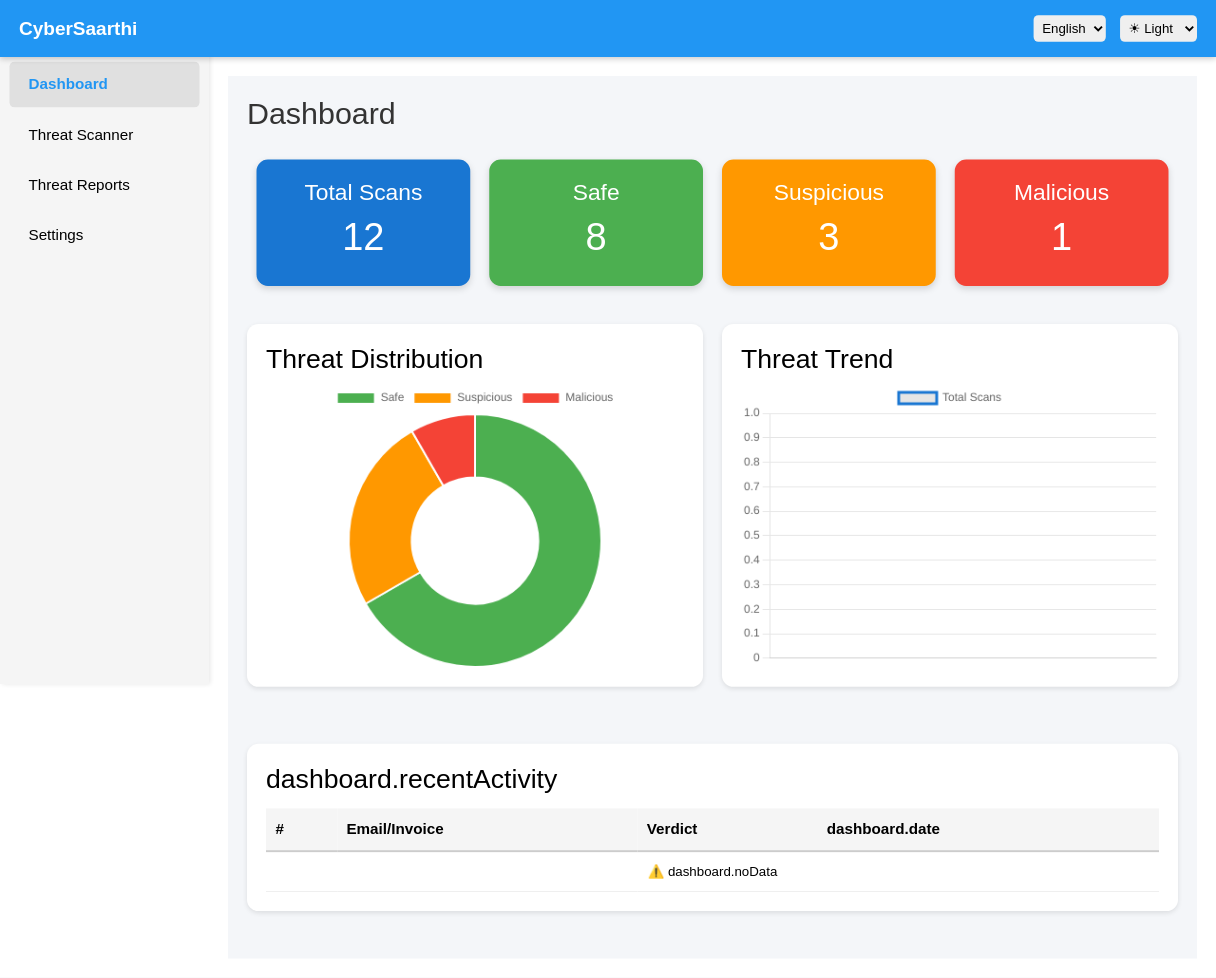
Repository: riyaaaa19/CyberSaarthi
Page: /dashboard (app in frontend/)
An editor plug-in stored every save of this project. The page is shown before and after the next save, followed by the edit.
The browser window is 1280 px wide. The pictures show the whole page, at 95% of full size.
The page's requests for data from a server got no answer. The project was rebuilt for these pictures with package versions that can differ from the ones it lists, and the page was loaded fresh each time. No one was signed in, and anything a server would have sent is missing. Also part of the build but not shown: frontend/vite.config.ts, frontend/src/pages/Scanner.js, frontend/src/pages/Reports.js, frontend/src/pages/Settings.js.

Above is the page before, as saved 2025-08-21 19:16:41.

### frontend/src/index.js
import React from "react";
import ReactDOM from "react-dom/client";
import App from "./App";
import "bootstrap/dist/css/bootstrap.min.css";
import "./styles/style.css";

const root = ReactDOM.createRoot(document.getElementById("root"));
root.render(<App />);

### frontend/src/App.js
import React from "react";
import { BrowserRouter as Router, Routes, Route, Navigate } from "react-router-dom";
import Navbar from "./components/Navbar";
import Sidebar from "./components/Sidebar";
import Dashboard from "./pages/Dashboard";
import Scanner from "./pages/Scanner";
import Reports from "./pages/Reports";
import Settings from "./pages/Settings";
import { ThemeLangProvider } from "./ThemeLangContext";  // ✅ Import provider

function App() {
  const layoutStyle = { display: "flex" };
  const contentStyle = {
    marginLeft: "220px",
    flex: 1,
    padding: "20px",
    marginTop: "60px"   // ✅ push down content so it doesn’t overlap navbar
  };

  return (
    <ThemeLangProvider>
      <Router>
        <Navbar />
        <div style={layoutStyle}>
          <Sidebar />
          <div style={contentStyle}>
            <Routes>
              <Route path="/" element={<Navigate to="/dashboard" />} />
              <Route path="/dashboard" element={<Dashboard />} />
              <Route path="/scanner" element={<Scanner />} />
              <Route path="/reports" element={<Reports />} />
              <Route path="/settings" element={<Settings />} />
            </Routes>
          </div>
        </div>
      </Router>
    </ThemeLangProvider>
  );
}

export default App;

### frontend/src/styles/style.css
body {
  font-family: 'Poppins', sans-serif;
  background: #f8f9fa;
}
.sidebar {
  width: 250px;
  background: #fff;
  min-height: 100vh;
}
.nav-link.active {
  background-color: #0d6efd !important;
  color: #fff !important;
}

### frontend/src/components/Navbar.js
import React, { useContext } from "react";
import { ThemeLangContext } from "../ThemeLangContext";
import { useT } from "../i18n";   // ✅ use useT hook

function Navbar() {
  const { theme, setTheme, lang, setLang } = useContext(ThemeLangContext);
  const t = useT();   // ✅ call hook to get translation function

  const navbarStyle = {
    position: "fixed",
    top: 0,
    left: 0,
    width: "100%",
    height: "60px",
    background: theme === "dark" ? "#121212" : "#2196f3",
    color: "#fff",
    display: "flex",
    alignItems: "center",
    justifyContent: "space-between",
    padding: "0 20px",
    boxShadow: "0 2px 6px rgba(0,0,0,0.2)",
    zIndex: 1000
  };

  const titleStyle = {
    fontSize: "20px",
    fontWeight: "bold"
  };

  const controlsStyle = {
    display: "flex",
    alignItems: "center",
    gap: "15px"
  };

  const selectStyle = {
    padding: "5px",
    borderRadius: "5px",
    border: "none",
    fontSize: "14px",
    cursor: "pointer"
  };

  return (
    <div style={navbarStyle}>
      {/* App Title */}
      <div style={titleStyle}>{t("app.title")}</div>

      {/* Controls */}
      <div style={controlsStyle}>
        {/* Language Selector */}
        <select
          value={lang}
          onChange={(e) => setLang(e.target.value)}
          style={selectStyle}
        >
          <option value="en">English</option>
          <option value="hi">हिन्दी</option>
        </select>

        {/* Theme Selector */}
        <select
          value={theme}
          onChange={(e) => setTheme(e.target.value)}
          style={selectStyle}
        >
          <option value="light">☀ Light</option>
          <option value="dark">🌙 Dark</option>
        </select>
      </div>
    </div>
  );
}

export default Navbar;

### frontend/src/components/Sidebar.js
import React, { useContext } from "react";
import { Link, useLocation } from "react-router-dom";
import { ThemeLangContext } from "../ThemeLangContext";
import { useT } from "../i18n";   // ✅ use hook

function Sidebar() {
  const { theme } = useContext(ThemeLangContext);
  const location = useLocation();
  const t = useT();   // ✅ call hook

  const sidebarStyle = {
    width: "220px",
    height: "100vh",
    position: "fixed",
    left: 0,
    top: 0,
    background: theme === "dark" ? "#1e1e1e" : "#f5f5f5",
    color: theme === "dark" ? "#fff" : "#000",
    paddingTop: "60px",
    boxShadow: "2px 0 5px rgba(0,0,0,0.1)"
  };

  const linkStyle = (path) => ({
    display: "block",
    padding: "12px 20px",
    color:
      location.pathname === path
        ? "#2196f3"
        : theme === "dark"
        ? "#ddd"
        : "#000",
    textDecoration: "none",
    fontWeight: location.pathname === path ? "bold" : "normal",
    background:
      location.pathname === path
        ? theme === "dark"
          ? "#333"
          : "#e0e0e0"
        : "transparent",
    borderRadius: "5px",
    margin: "5px 10px"
  });

  return (
    <div style={sidebarStyle}>
      <Link to="/dashboard" style={linkStyle("/dashboard")}>
        {t("dashboard.title")}
      </Link>
      <Link to="/scanner" style={linkStyle("/scanner")}>
        {t("scanner.title")}
      </Link>
      <Link to="/reports" style={linkStyle("/reports")}>
        {t("reports.title")}
      </Link>
      <Link to="/settings" style={linkStyle("/settings")}>
        {t("settings.title")}
      </Link>
    </div>
  );
}

export default Sidebar;

### frontend/src/pages/Dashboard.js
import React, { useEffect, useState, useContext } from "react";
import { getHistory } from "../services/api";
import {
  Chart as ChartJS,
  ArcElement,
  Tooltip,
  Legend,
  LineElement,
  CategoryScale,
  LinearScale,
  PointElement,
} from "chart.js";
import { Doughnut, Line } from "react-chartjs-2";
import { useT } from "../i18n";
import { ThemeLangContext } from "../ThemeLangContext";

ChartJS.register(
  ArcElement,
  Tooltip,
  Legend,
  LineElement,
  CategoryScale,
  LinearScale,
  PointElement
);

function Dashboard() {
  const t = useT();
  const { theme } = useContext(ThemeLangContext);

  const [history, setHistory] = useState([]);
  const [summary, setSummary] = useState({
    safe: 0,
    suspicious: 0,
    malicious: 0,
    total: 0,
  });

  useEffect(() => {
    getHistory(50, 0)
      .then((page) => {
        const items = page.items || [];
        setHistory(items);

        const counts = { SAFE: 0, SUSPICIOUS: 0, MALICIOUS: 0 };
        items.forEach((it) => {
          counts[it.verdict] = (counts[it.verdict] || 0) + 1;
        });

        setSummary({
          safe: counts.SAFE || 0,
          suspicious: counts.SUSPICIOUS || 0,
          malicious: counts.MALICIOUS || 0,
          total: items.length,
        });
      })
      .catch(() => {
        // fallback dummy data
        setSummary({ safe: 8, suspicious: 3, malicious: 1, total: 12 });
      });
  }, []);

  // Chart data
  const doughnutData = {
    labels: [
      t("dashboard.safe"),
      t("dashboard.suspicious"),   // ✅ updated
      t("dashboard.malicious"),    // ✅ updated
    ],
    datasets: [
      {
        data: [summary.safe, summary.suspicious, summary.malicious],
        backgroundColor: ["#4caf50", "#ff9800", "#f44336"],
      },
    ],
  };

  const lineData = {
    labels: history.slice(0, 7).map((h) =>
      new Date(h.created_at).toLocaleDateString()
    ),
    datasets: [
      {
        data: history.slice(0, 7).map((_, i) => i + 1),
        label: t("dashboard.total"),
        borderColor: "#1976d2",
        tension: 0.3,
        fill: false,
      },
    ],
  };

  // Styles
  const cardBase = {
    flex: 1,
    margin: "10px",
    padding: "20px",
    borderRadius: "12px",
    color: "#fff",
    textAlign: "center",
    boxShadow: "0 3px 8px rgba(0,0,0,0.15)",
  };

  const sectionStyle = {
    background: theme === "dark" ? "#1e1e1e" : "#fff",
    borderRadius: "12px",
    boxShadow: "0 2px 6px rgba(0,0,0,0.1)",
    padding: "20px",
    marginBottom: "30px",
  };

  const tableStyle = {
    width: "100%",
    borderCollapse: "collapse",
    marginTop: "15px",
  };

  const thStyle = {
    padding: "10px",
    borderBottom: "2px solid #ccc",
    textAlign: "left",
    background: theme === "dark" ? "#333" : "#f5f5f5",
  };

  const tdStyle = {
    padding: "10px",
    borderBottom: "1px solid #eee",
    fontSize: "14px",
  };

  // Translate verdicts
  const verdictMap = {
    SAFE: t("email.safe"),
    SUSPICIOUS: t("email.suspicious"),  // ✅ updated
    MALICIOUS: t("email.malicious"),    // ✅ updated
  };

  return (
    <div
      style={{
        padding: "20px",
        background: theme === "dark" ? "#121212" : "#f4f6f9",
        minHeight: "100vh",
      }}
    >
      <h2
        style={{
          marginBottom: "20px",
          color: theme === "dark" ? "#fff" : "#333",
        }}
      >
        {t("dashboard.title")}
      </h2>

      {/* Stat Cards */}
      <div
        style={{
          display: "flex",
          justifyContent: "space-between",
          marginBottom: "30px",
        }}
      >
        <div style={{ ...cardBase, background: "#1976d2" }}>
          <h4>{t("dashboard.total")}</h4>
          <h1>{summary.total}</h1>
        </div>
        <div style={{ ...cardBase, background: "#4caf50" }}>
          <h4>{t("dashboard.safe")}</h4>
          <h1>{summary.safe}</h1>
        </div>
        <div style={{ ...cardBase, background: "#ff9800" }}>
          <h4>{t("dashboard.suspicious")}</h4> {/* ✅ updated */}
          <h1>{summary.suspicious}</h1>
        </div>
        <div style={{ ...cardBase, background: "#f44336" }}>
          <h4>{t("dashboard.malicious")}</h4> {/* ✅ updated */}
          <h1>{summary.malicious}</h1>
        </div>
      </div>

      {/* Charts Section */}
      <div
        style={{
          display: "flex",
          gap: "20px",
          marginBottom: "30px",
        }}
      >
        <div style={{ ...sectionStyle, flex: 1 }}>
          <h3>{t("dashboard.distribution")}</h3>
          <div style={{ height: "300px" }}>
            <Doughnut data={doughnutData} options={{ maintainAspectRatio: false }} />
          </div>
        </div>
        <div style={{ ...sectionStyle, flex: 1 }}>
          <h3>{t("dashboard.trend")}</h3>
          <div style={{ height: "300px" }}>
            <Line data={lineData} options={{ maintainAspectRatio: false }} />
          </div>
        </div>
      </div>

      {/* Recent Activity Table */}
      <div style={sectionStyle}>
        <h3>{t("dashboard.recentActivity")}</h3>
        <table style={tableStyle}>
          <thead>
            <tr>
              <th style={thStyle}>#</th>
              <th style={thStyle}>
                {t("scanner.emailTab")}/{t("scanner.invoiceTab")}
              </th>
              <th style={thStyle}>{t("dashboard.verdict")}</th>
              <th style={thStyle}>{t("dashboard.date")}</th>
            </tr>
          </thead>
          <tbody>
            {history.slice(0, 5).map((h, i) => (
              <tr key={i}>
                <td style={tdStyle}>{i + 1}</td>
                <td style={tdStyle}>{h.scan_type}</td>
                <td
                  style={{
                    ...tdStyle,
                    fontWeight: "600",
                    color:
                      h.verdict === "SAFE"
                        ? "green"
                        : h.verdict === "SUSPICIOUS"
                        ? "#ff9800"
                        : "red",
                  }}
                >
                  {verdictMap[h.verdict] || h.verdict}
                </td>
                <td style={tdStyle}>
                  {new Date(h.created_at).toLocaleString()}
                </td>
              </tr>
            ))}
            {history.length === 0 && (
              <tr>
                <td style={tdStyle} colSpan="4" align="center">
                  ⚠️ {t("dashboard.noData")}
                </td>
              </tr>
            )}
          </tbody>
        </table>
      </div>
    </div>
  );
}

export default Dashboard;

### frontend/src/ThemeLangContext.js
import React, { createContext, useState, useEffect } from "react";

export const ThemeLangContext = createContext();

export const ThemeLangProvider = ({ children }) => {
  const [theme, setTheme] = useState(localStorage.getItem("THEME") || "light");
  const [lang, setLang] = useState(localStorage.getItem("LANG") || "en");

  // Apply theme globally
  useEffect(() => {
    localStorage.setItem("THEME", theme);
    document.body.style.background = theme === "dark" ? "#121212" : "#fff";
    document.body.style.color = theme === "dark" ? "#f5f5f5" : "#000";
  }, [theme]);

  // Persist lang
  useEffect(() => {
    localStorage.setItem("LANG", lang);
  }, [lang]);

  return (
    <ThemeLangContext.Provider value={{ theme, setTheme, lang, setLang }}>
      {children}
    </ThemeLangContext.Provider>
  );
};

### frontend/src/i18n.js
import { useContext } from "react";
import { ThemeLangContext } from "./ThemeLangContext";

const MESSAGES = {
  en: {
    "app.title": "CyberSaarthi",

    // Email Scanner
    "email.safe": "Email appears safe.",
    "email.susp": "Suspicious indicators found (possible phishing).",
    "email.mal": "High-risk indicators found (likely phishing).",

    // Invoice Scanner
    "invoice.safe": "Invoice looks consistent.",
    "invoice.susp": "Suspicious invoice indicators found.",
    "invoice.mal": "Likely fraudulent invoice detected.",
    "invoice.upload": "Upload invoice file (PDF/image)",
    "invoice.paste": "Or paste invoice text",
    "invoice.scanText": "Scan Text",

    // Dashboard
    "dashboard.title": "Dashboard",
    "dashboard.total": "Total Scans",
    "dashboard.safe": "Safe",
    "dashboard.suspicious": "Suspicious",
    "dashboard.malicious": "Malicious",
    "dashboard.distribution": "Threat Distribution",
    "dashboard.trend": "Threat Trend",
    "dashboard.recentReports": "Recent Reports",
    "dashboard.verdict": "Verdict",
    "dashboard.score": "Score",
    "dashboard.explanation": "Explanation",
    "dashboard.noReports": "No reports available",

    // Reports
    "reports.title": "Threat Reports",

    // Scanner
    "scanner.title": "Threat Scanner",
    "scanner.emailTab": "Email",
    "scanner.invoiceTab": "Invoice",

    // Settings
    "settings.title": "Settings",
    "settings.apiBase": "API Base URL",
    "settings.apiKey": "API Key (x-api-key header)",
    "settings.lang": "Language",
    "settings.theme": "Theme",
    "settings.light": "Light",
    "settings.dark": "Dark",
    "settings.notifications": "Enable Notifications",
    "settings.save": "Save",
    "settings.saved": "Settings saved successfully!"
  },

  hi: {
    "app.title": "साइबर सारथी",

    // Email Scanner
    "email.safe": "ईमेल सुरक्षित प्रतीत होता है।",
    "email.susp": "संदिग्ध संकेत मिले (संभावित फ़िशिंग)।",
    "email.mal": "उच्च जोखिम संकेत (संभावित फ़िशिंग)।",

    // Invoice Scanner
    "invoice.safe": "इनवॉइस सही लगता है।",
    "invoice.susp": "इनवॉइस में संदिग्ध संकेत मिले।",
    "invoice.mal": "संभावित धोखाधड़ी वाला इनवॉइस।",
    "invoice.upload": "इनवॉइस फ़ाइल अपलोड करें (PDF/इमेज)",
    "invoice.paste": "या इनवॉइस टेक्स्ट पेस्ट करें",
    "invoice.scanText": "टेक्स्ट स्कैन करें",

    // Dashboard
    "dashboard.title": "डैशबोर्ड",
    "dashboard.total": "कुल स्कैन",
    "dashboard.safe": "सुरक्षित",
    "dashboard.suspicious": "संदिग्ध",
    "dashboard.malicious": "हानिकारक",
    "dashboard.distribution": "खतरा वितरण",
    "dashboard.trend": "खतरा रुझान",
    "dashboard.recentReports": "हाल की रिपोर्टें",
    "dashboard.verdict": "परिणाम",
    "dashboard.score": "अंक",
    "dashboard.explanation": "व्याख्या",
    "dashboard.noReports": "कोई रिपोर्ट उपलब्ध नहीं",

    // Reports
    "reports.title": "खतरा रिपोर्ट",

    // Scanner
    "scanner.title": "खतरा स्कैनर",
    "scanner.emailTab": "ईमेल",
    "scanner.invoiceTab": "इनवॉइस",

    // Settings
    "settings.title": "सेटिंग्स",
    "settings.apiBase": "API बेस URL",
    "settings.apiKey": "API कुंजी (x-api-key हेडर)",
    "settings.lang": "भाषा",
    "settings.theme": "थीम",
    "settings.light": "हल्की",
    "settings.dark": "गहरी",
    "settings.notifications": "सूचनाएं सक्षम करें",
    "settings.save": "सहेजें",
    "settings.saved": "सेटिंग्स सफलतापूर्वक सहेजी गईं!"
  }
};

// ✅ Hook version of translator
export function useT() {
  const { lang } = useContext(ThemeLangContext);
  return (key) => MESSAGES[lang]?.[key] || key;
}

### frontend/src/services/api.js
const DEFAULT_API_BASE = window.localStorage.getItem('API_BASE') || "http://localhost:8000";
const API_BASE = DEFAULT_API_BASE.replace(/\/$/, "");
const V1 = "/v1";

function getApiKeyHeader() {
  const key = window.localStorage.getItem('API_KEY');
  return key ? { "x-api-key": key } : {};
}

async function handleResp(res) {
  const contentType = res.headers.get('content-type') || '';
  if (!res.ok) {
    let text = await res.text();
    try { text = JSON.parse(text); } catch(e){}
    throw new Error(text.detail || text || 'Request failed');
  }
  if (contentType.includes('application/json')) return res.json();
  return res.text();
}

export async function getHistory(limit=20, offset=0) {
  const url = new URL(`${API_BASE}${V1}/reports/history`);
  url.searchParams.set('limit', limit);
  url.searchParams.set('offset', offset);
  const res = await fetch(url.toString(), { headers: getApiKeyHeader() });
  return handleResp(res);
}

export async function scanEmail(emailText, lang="en") {
  const body = { email_text: emailText, lang };
  const res = await fetch(`${API_BASE}${V1}/scan/email`, {
    method: 'POST',
    headers: { "Content-Type": "application/json", ...getApiKeyHeader() },
    body: JSON.stringify(body),
  });
  return handleResp(res);
}

export async function scanInvoiceText(invoiceText, lang="en") {
  const body = { invoice_text: invoiceText, lang };
  const res = await fetch(`${API_BASE}${V1}/scan/invoice`, {
    method: 'POST',
    headers: { "Content-Type": "application/json", ...getApiKeyHeader() },
    body: JSON.stringify(body),
  });
  return handleResp(res);
}

export async function uploadInvoiceFile(file) {
  const formData = new FormData();
  formData.append("file", file);
  const res = await fetch(`${API_BASE}${V1}/scan/invoice/upload`, {
    method: "POST",
    headers: getApiKeyHeader(),
    body: formData
  });
  return handleResp(res);
}

export function setRuntimeConfig({ apiBase, apiKey }) {
  if (apiBase !== undefined) window.localStorage.setItem('API_BASE', apiBase);
  if (apiKey !== undefined) {
    if (apiKey === "" || apiKey === null) window.localStorage.removeItem('API_KEY');
    else window.localStorage.setItem('API_KEY', apiKey);
  }
}

export { API_BASE };

Loaded but not shown: frontend/public/index.html (common file)

After the next save:
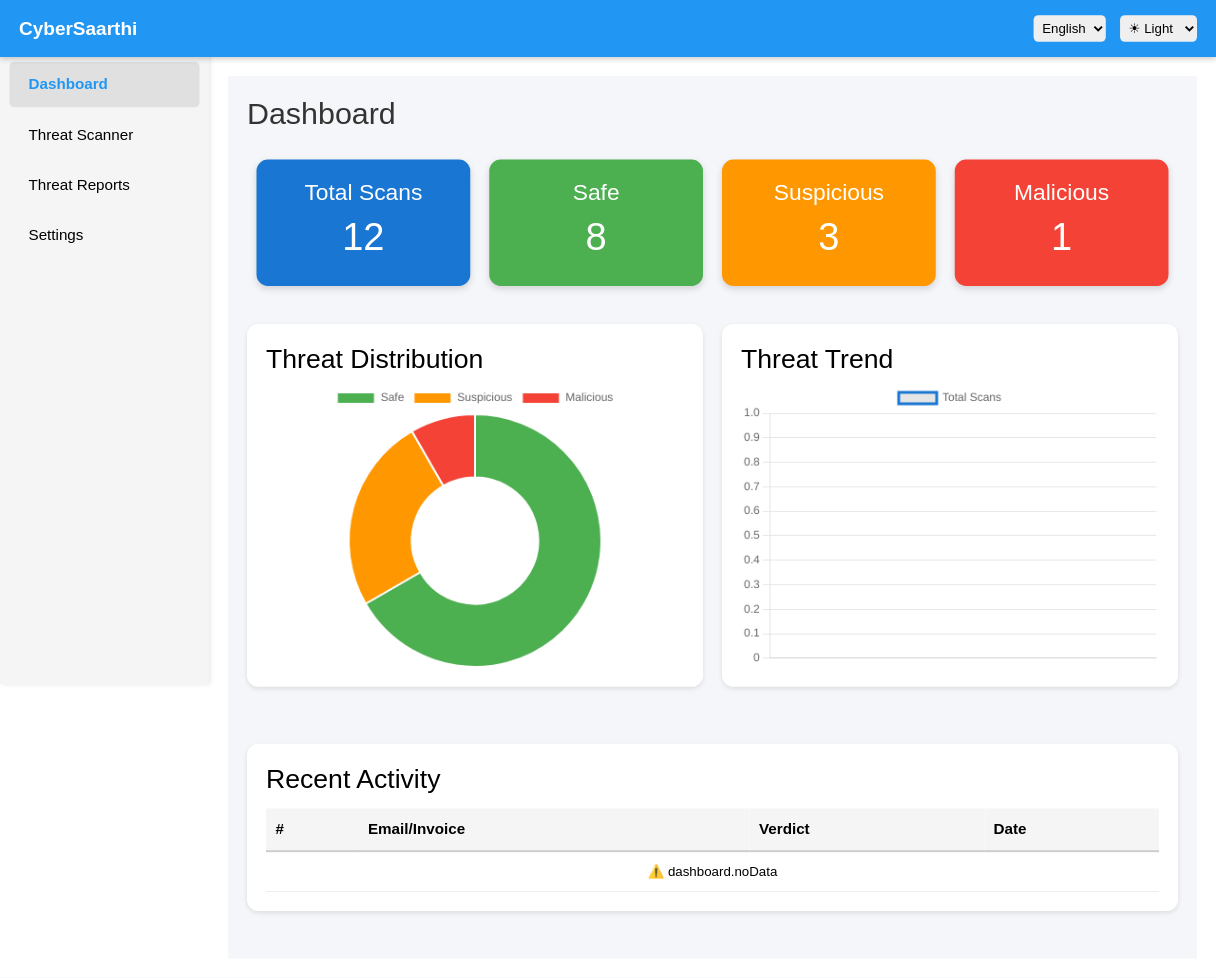
Saved 2 min 22 s later.
--- a/frontend/src/i18n.js
+++ b/frontend/src/i18n.js
@@ -27,9 +27,11 @@ const MESSAGES = {
     "dashboard.distribution": "Threat Distribution",
     "dashboard.trend": "Threat Trend",
     "dashboard.recentReports": "Recent Reports",
+    "dashboard.recentActivity": "Recent Activity",
     "dashboard.verdict": "Verdict",
     "dashboard.score": "Score",
     "dashboard.explanation": "Explanation",
+    "dashboard.date": "Date",
     "dashboard.noReports": "No reports available",
 
     // Reports
@@ -57,12 +59,12 @@ const MESSAGES = {
     "app.title": "साइबर सारथी",
 
     // Email Scanner
-    "email.safe": "ईमेल सुरक्षित प्रतीत होता है।",
+    "email.safe": "ईमेल सुरक्षित है।",
     "email.susp": "संदिग्ध संकेत मिले (संभावित फ़िशिंग)।",
     "email.mal": "उच्च जोखिम संकेत (संभावित फ़िशिंग)।",
 
     // Invoice Scanner
-    "invoice.safe": "इनवॉइस सही लगता है।",
+    "invoice.safe": "इनवॉइस सही है।",
     "invoice.susp": "इनवॉइस में संदिग्ध संकेत मिले।",
     "invoice.mal": "संभावित धोखाधड़ी वाला इनवॉइस।",
     "invoice.upload": "इनवॉइस फ़ाइल अपलोड करें (PDF/इमेज)",
@@ -75,16 +77,18 @@ const MESSAGES = {
     "dashboard.safe": "सुरक्षित",
     "dashboard.suspicious": "संदिग्ध",
     "dashboard.malicious": "हानिकारक",
-    "dashboard.distribution": "खतरा वितरण",
-    "dashboard.trend": "खतरा रुझान",
+    "dashboard.distribution": "खतरे का वितरण",
+    "dashboard.trend": "खतरे की प्रवृत्ति",
     "dashboard.recentReports": "हाल की रिपोर्टें",
+    "dashboard.recentActivity": "हाल की गतिविधियाँ",
     "dashboard.verdict": "परिणाम",
-    "dashboard.score": "अंक",
+    "dashboard.score": "स्कोर",
     "dashboard.explanation": "व्याख्या",
+    "dashboard.date": "तारीख",
     "dashboard.noReports": "कोई रिपोर्ट उपलब्ध नहीं",
 
     // Reports
-    "reports.title": "खतरा रिपोर्ट",
+    "reports.title": "खतरे की रिपोर्टें",
 
     // Scanner
     "scanner.title": "खतरा स्कैनर",
